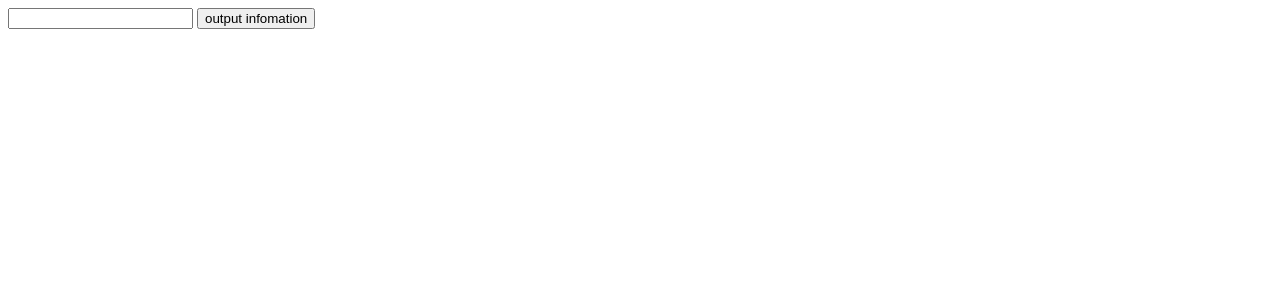
Repository: hunggtham/First-Jsp-and-Servlet-Project
Page: 0Helloworld2/src/main/webapp/index.html
These files come from the project's save history. The page is drawn as it stood at one moment and after the next save; the edit follows.
The browser window is 1280 px wide. The pictures show the whole page.

Above is the page before, as saved 2022-07-23 12:49:18.

After the next save:
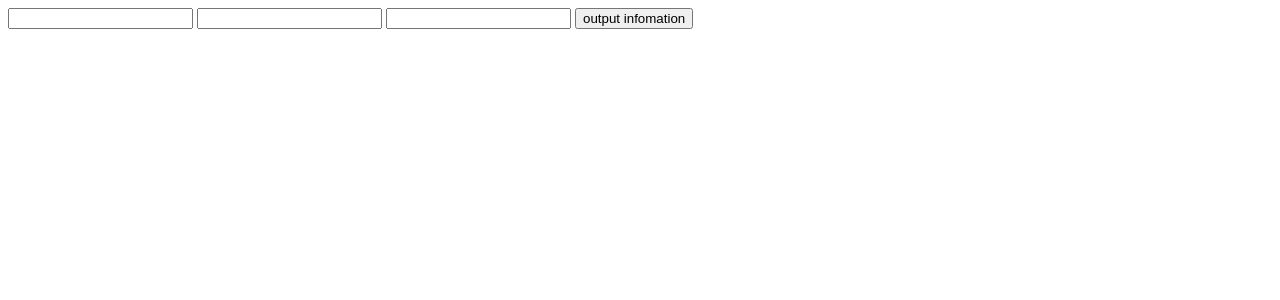
Saved 37 s later.
--- a/0Helloworld2/src/main/webapp/index.html
+++ b/0Helloworld2/src/main/webapp/index.html
@@ -14,7 +14,9 @@
 	</form> -->
 
 	 <form action="Test" method="POST">
-		<input type = "text" name = "name"/>
+		<input type = "text" name = "username1"/>
+		<input type = "text" name = "username2"/>
+		<input type = "text" name = "username3"/>
 		<input type="submit" value="output infomation" />
 
 	</form>

After the save that followed:
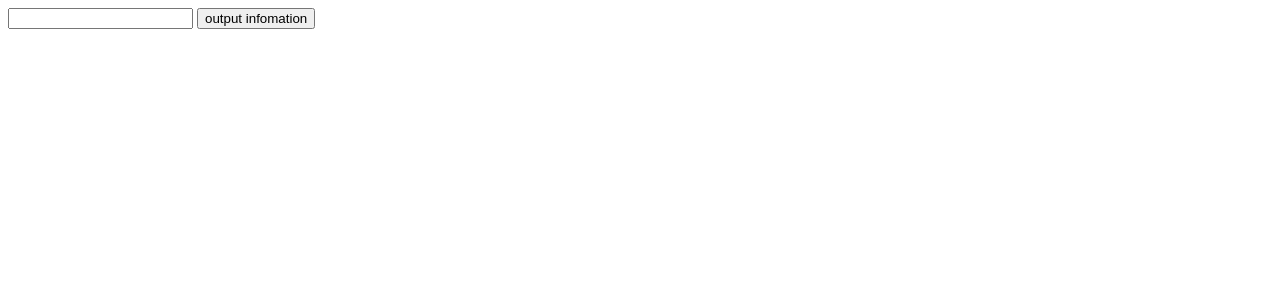
Saved 21 s later.
--- a/0Helloworld2/src/main/webapp/index.html
+++ b/0Helloworld2/src/main/webapp/index.html
@@ -13,10 +13,9 @@
 
 	</form> -->
 
-	 <form action="Test" method="POST">
+	 <form action="callSevlet" method="POST">
 		<input type = "text" name = "username1"/>
-		<input type = "text" name = "username2"/>
-		<input type = "text" name = "username3"/>
+
 		<input type="submit" value="output infomation" />
 
 	</form>
